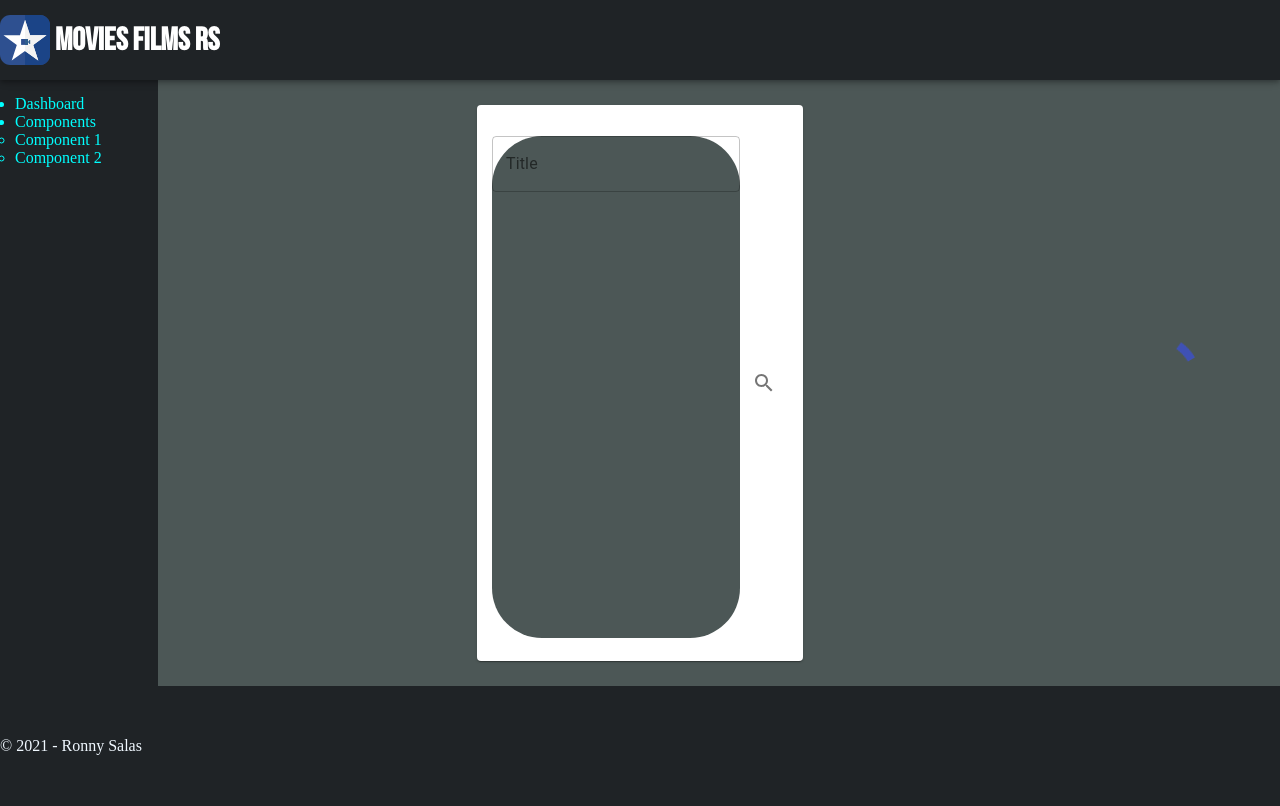
Repository: ronnysalas459/assigment-2
Page: /
These files come from the project's save history. The page is drawn as it stood at one moment and after the next save; the edit follows.
The browser window is 1280 px wide. The pictures show the whole page.
The page's requests for data from a server got no answer. The project was rebuilt for these pictures with package versions that can differ from the ones it lists, and the page was loaded fresh each time. No one was signed in, and anything a server would have sent is missing. Also part of the build but not shown: src/contexts/DetailsContext.js, src/components/Films/Movie.js, src/components/Common/Messages.js, src/components/Films/Movies.js, src/components/Common/ButtonPrimary.js, src/components/Details/Detail.js, src/components/Details/index.js, src/components/NotFound/index.js.

Above is the page before, as saved 2021-08-31 20:44:26.

After the next save:
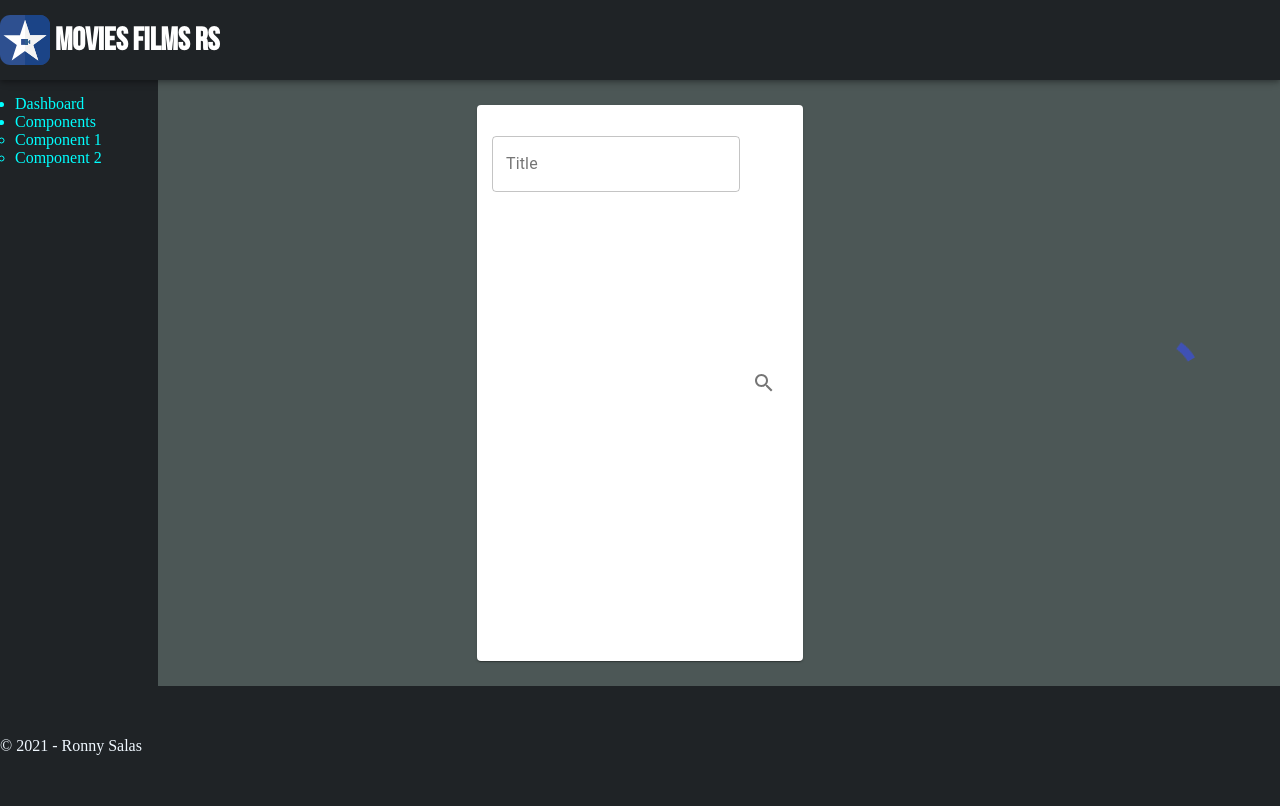
Saved 40 s later.
--- a/src/components/Films/SearchMovies.js
+++ b/src/components/Films/SearchMovies.js
@@ -8,7 +8,7 @@ import SearchIcon from '@material-ui/icons/Search';
 const SearchMovies = ({ validateQuery }) => (
     <Paper className = "paper defaultPaper">
         <TextField
-            style={{ backgroundColor: '#4C5756', borderRadius: 50, padding: 'offset' }}
+            style={{ borderRadius: 50, padding: 'offset' }}
             id="query"
             label="Title"
             margin="normal"
